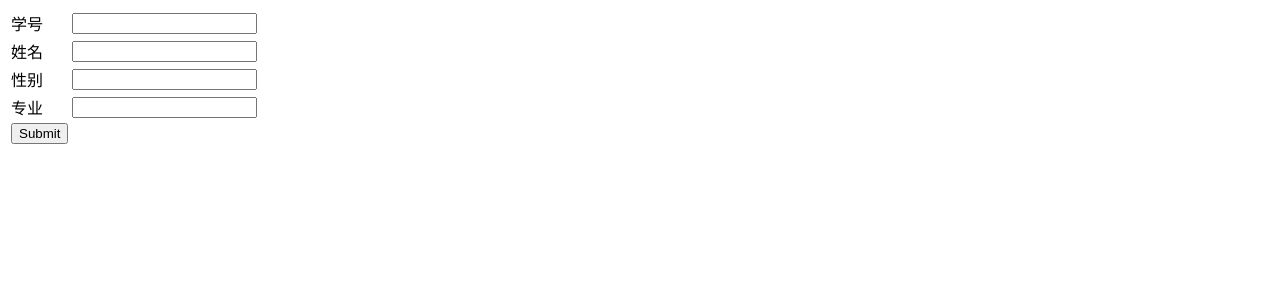
Repository: YuHaoXiang/Yhx
Page: http://localhost/StudentMsg/update.jsp
An editor plug-in stored every save of this project. The page is shown before and after the next save, followed by the edit.
The browser window is 1280 px wide. The pictures show the whole page.
The page is served by Tomcat 9. Other server files are loaded and not shown.

Above is the page before, as saved 2016-03-05 03:31:59.

### StudentMsg/WebContent/update.jsp
<%@ page language="java" contentType="text/html; charset=utf-8"
    pageEncoding="utf-8"%>
<!DOCTYPE html PUBLIC "-//W3C//DTD HTML 4.01 Transitional//EN" "http://www.w3.org/TR/html4/loose.dtd">
<html>
<head>
<meta http-equiv="Content-Type" content="text/html; charset=utf-8">
<title>学生信息修改</title>
</head>
<body>
<form>
<table>
<tr><td>学号</td><td><input type="text" name="no" /></td></tr>
<tr><td>姓名</td><td><input type="text" name="name" /></td></tr>
<tr><td>性别</td><td><input type="text" name="sex" /></td></tr>
<tr><td>专业</td><td><input type="text" name="dept" /></td></tr>
<tr><td><input type="submit"></td><td><input</td></tr>
</table>
</form>
</body>
</html>

After the next save:
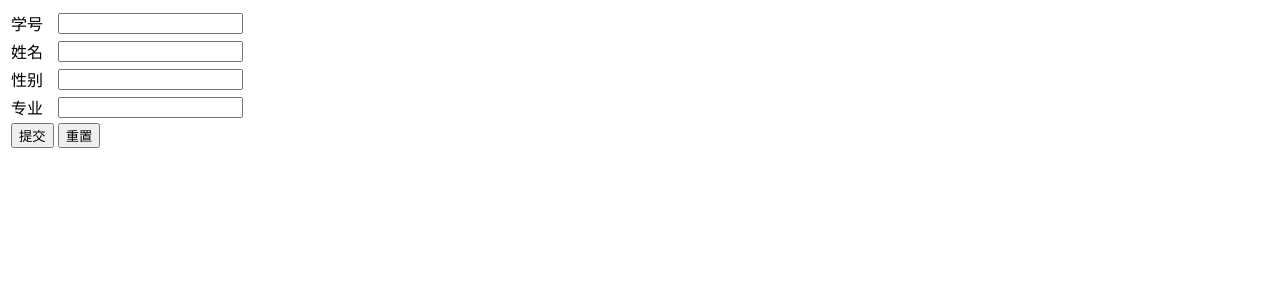
Saved 2 min 26 s later.
--- a/StudentMsg/WebContent/update.jsp
+++ b/StudentMsg/WebContent/update.jsp
@@ -13,7 +13,7 @@
 <tr><td>姓名</td><td><input type="text" name="name" /></td></tr>
 <tr><td>性别</td><td><input type="text" name="sex" /></td></tr>
 <tr><td>专业</td><td><input type="text" name="dept" /></td></tr>
-<tr><td><input type="submit"></td><td><input</td></tr>
+<tr><td><input type="submit" value="提交"></td><td><input type="reset" value="重置"></td></tr>
 </table>
 </form>
 </body>
